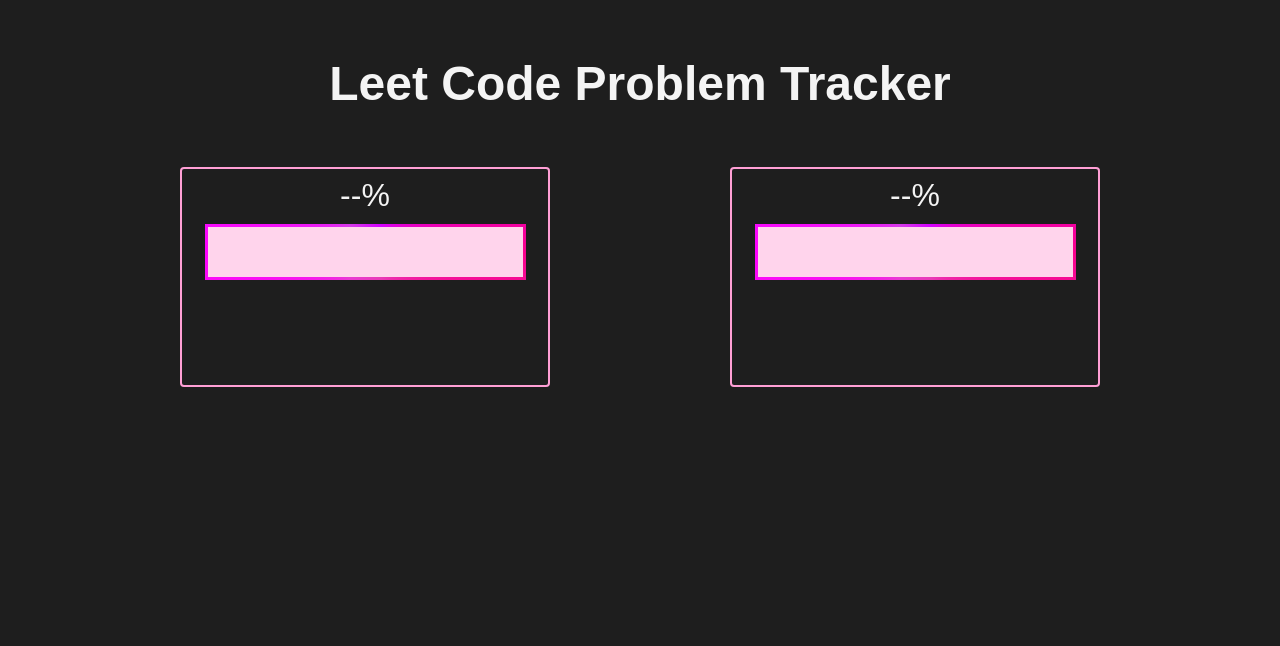
Repository: bbrockbrown/leet-code-tracker
Page: index.html
The author's editor kept a copy of each file at every save. The page is drawn from the files as they stood at one save, then again after the next save.
The browser window is 1280 px wide. The pictures show the whole page.

Above is the page before, as saved 2024-07-28 17:02:34.

After the next save:
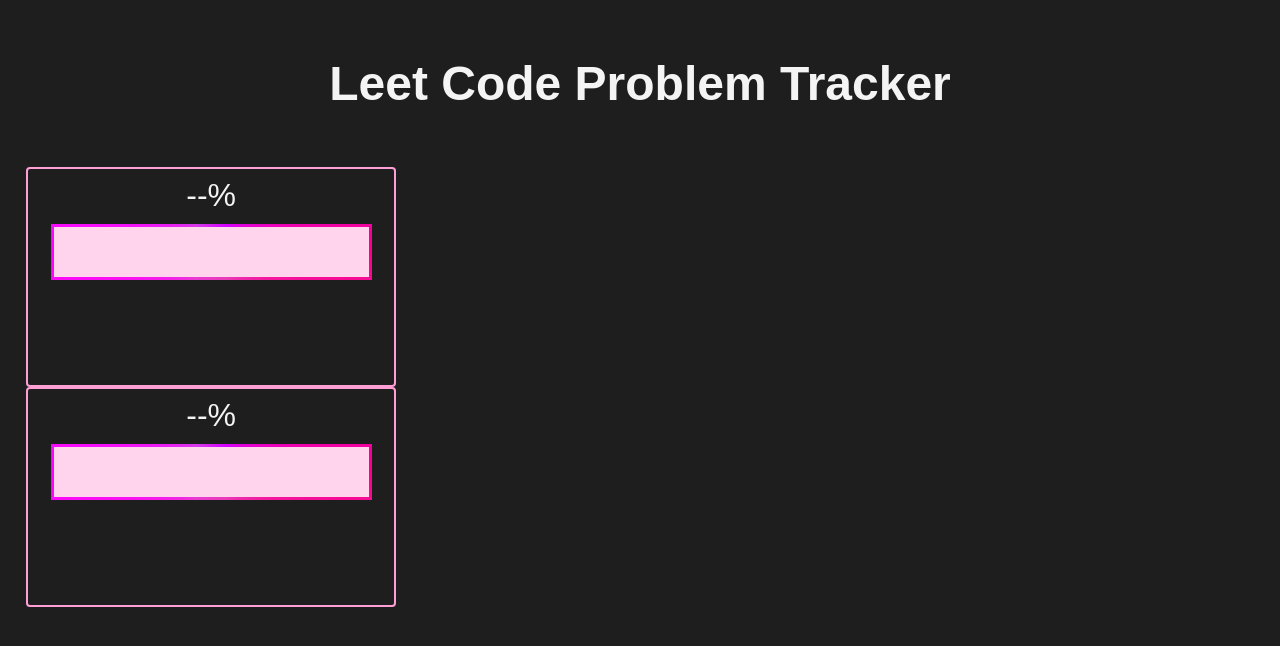
Saved 42 s later.
--- a/styles.css
+++ b/styles.css
@@ -45,6 +45,7 @@ body {
     flex-flow: row wrap;
     align-items: center;
     justify-content: space-evenly;
+    width: 33%;
 }
 
 .todo-tracking, .completed-tracking {
